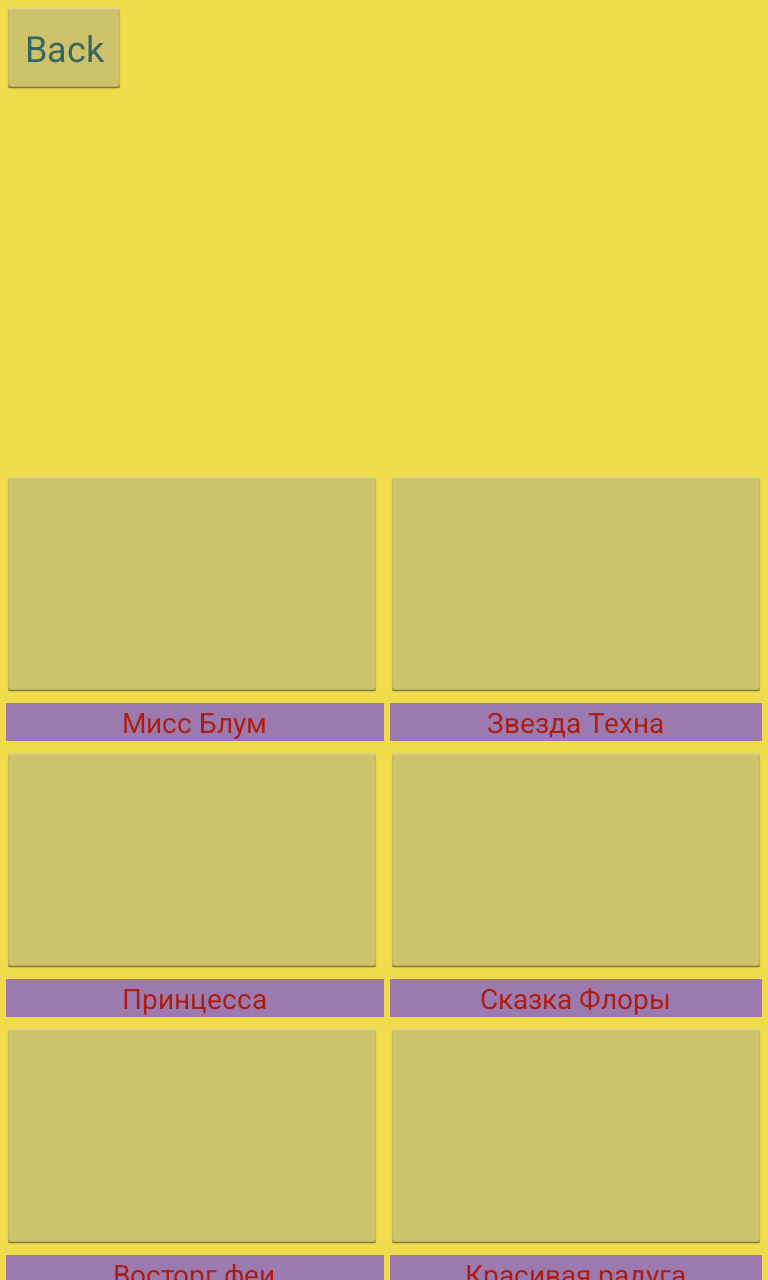
Repository: Skyremix/Winx
Layout: Winx/Winx/res/layout/stages.xml
An editor plug-in stored every save of this project. The layout is shown before and after the next save, followed by the edit.
It is drawn on a 768 x 1280 px phone screen (xhdpi) without system bars, with theme AppTheme; the app's code is not run.

Above is the layout before, as saved 2015-05-15 02:01:18.

After the next save:
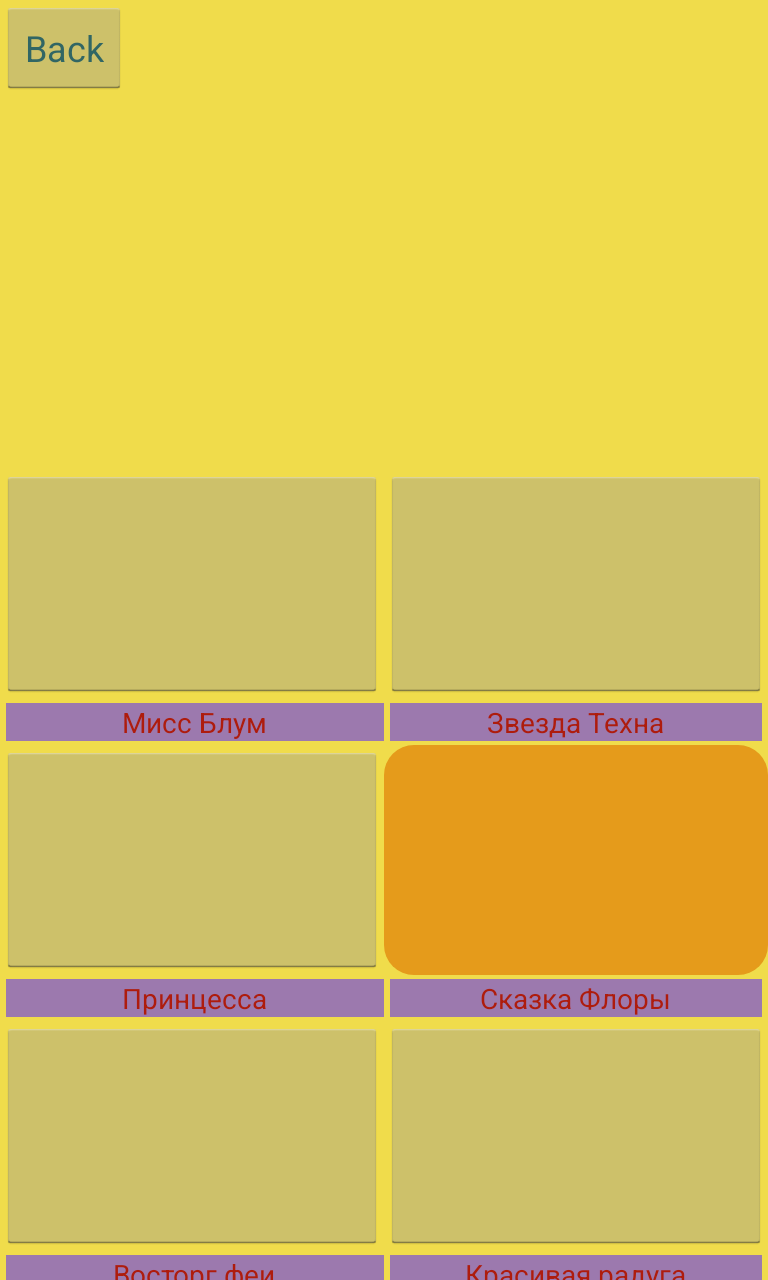
Saved 3 min 4 s later.
--- a/Winx/Winx/res/layout/stages.xml
+++ b/Winx/Winx/res/layout/stages.xml
@@ -140,7 +140,8 @@
                 android:id="@+id/imageView4"
                 android:layout_width="match_parent"
                 android:layout_height="match_parent"
-                android:src="@drawable/buttons" />
+                android:src="@drawable/buttons"
+                android:background="@drawable/slect_oval" />
 
 
         </LinearLayout>
